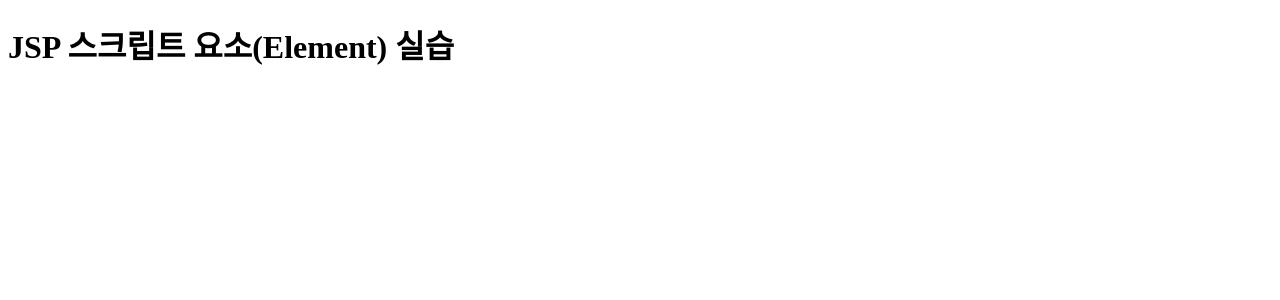
Repository: pcc767/khSchool
Page: http://localhost/04_JSP/views/element/index.jsp
An editor plug-in stored every save of this project. The page is shown before and after the next save, followed by the edit.
The browser window is 1280 px wide. The pictures show the whole page.
The page is served by Tomcat 9.

Above is the page before, as saved 2022-07-13 10:18:01.

After the next save:
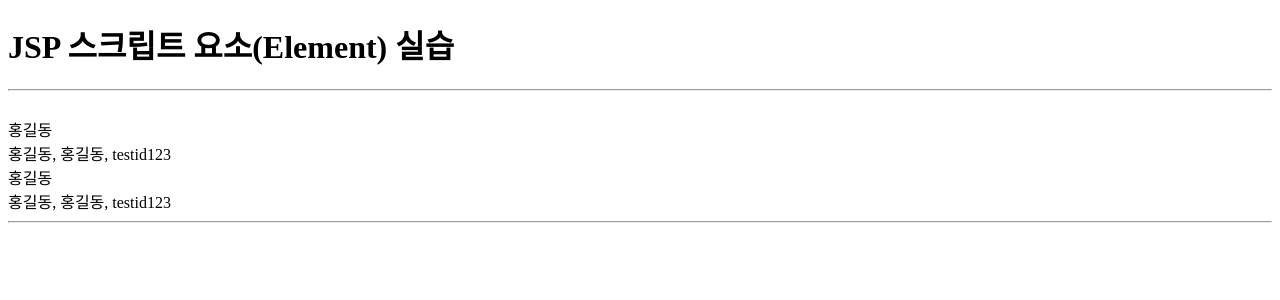
Saved 7 min 21 s later.
--- a/dev-source_Servlet/04_JSP/src/main/webapp/views/element/index.jsp
+++ b/dev-source_Servlet/04_JSP/src/main/webapp/views/element/index.jsp
@@ -12,6 +12,31 @@
 	<%-- JSP 주석 : JSP에서만 보여지는 주석, 자바코드나 HTML에서는 노출되지 않음. --%>
 
 	<h1>JSP 스크립트 요소(Element) 실습</h1>
+	<!-- 선언부 사용법 -->
+	<%! //멤버변수나 메소드 선언가능
+		public static final String TEST_ID = "testid123";
+		public String userName = "홍길동";
+
+		public String getName(){
+			return this.userName;
+		}
+	%>
+	<hr><br>
+
+	<%-- 출력부 기본꼴(★★★★★★★추천) --%>
+	<%= userName %><br>
+
+	<%-- 복잡한 출력시 비추 --%>
+	<%= userName +", "+getName()+", "+ TEST_ID+"<br>" %>
+
+	<%-- 스크립트식 + out 객체 활용 --%>
+	<% out.println(userName); %>
+
+	<%-- java 문자열 결합이 필요할때 해결방법 --%>
+	<% String divTag =  userName +", "+getName()+", "+ TEST_ID+"<br>"; %>
+
+	<div><%=divTag %></div>
+	<hr><br>
 
 </body>
 </html>
